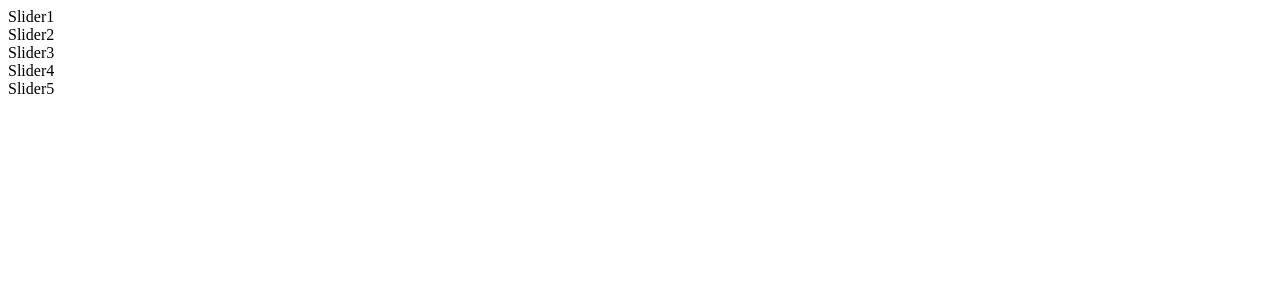
Repository: hoangan3526/Slideslip
Page: slidezy.html
These files come from the project's save history. The page is drawn as it stood at one moment and after the next save; the edit follows.
The browser window is 1280 px wide. The pictures show the whole page.

Above is the page before, as saved 2026-05-14 23:41:51.
Console error: TypeError: Failed to execute 'appendChild' on 'Node': parameter 1 is not of type 'Node'.

After the next save:
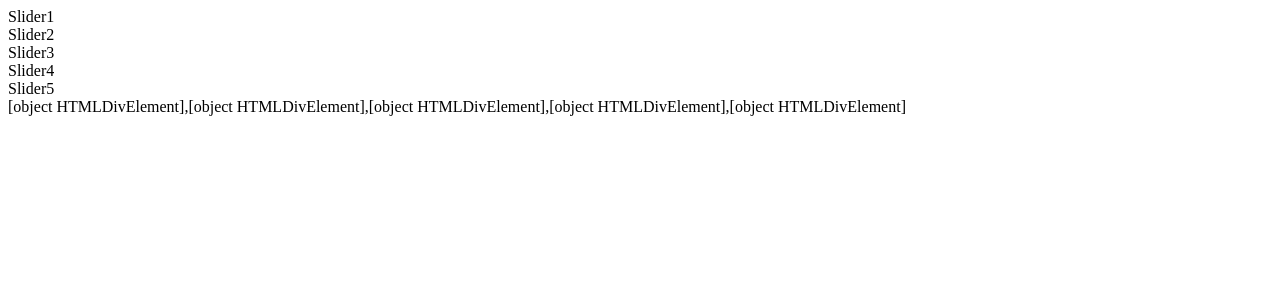
The error is gone.
Saved 66 s later.
--- a/src/slidezy.js
+++ b/src/slidezy.js
@@ -15,7 +15,7 @@ Slidezy.prototype.init = function () {
   this.track = document.createElement("div");
 
   this.track.className = "slidezy-track";
-  this.track.appendChild(this.slides);
+  this.track.append(this.slides);
 
   this.container.appendChild(this.track);
 };
